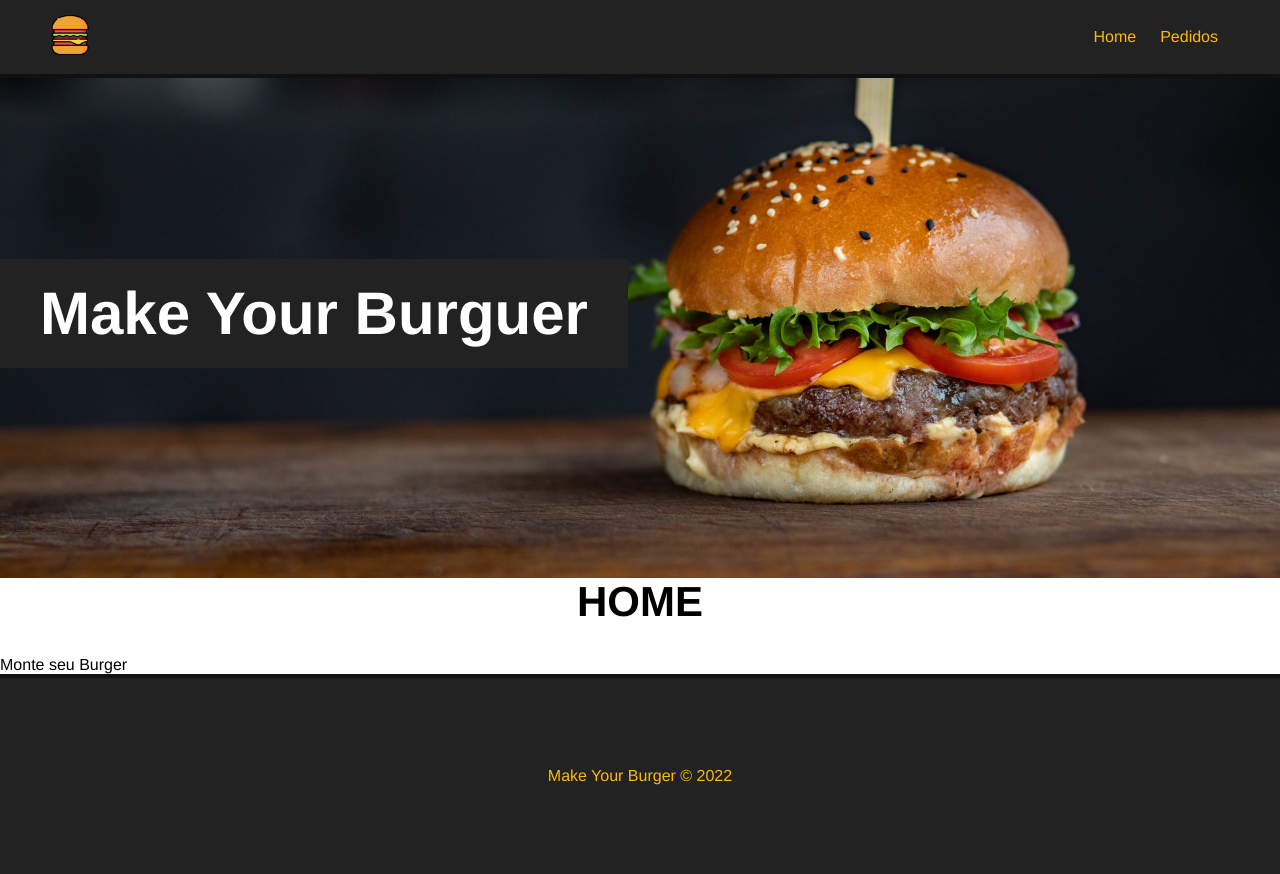
Repository: brunofa23/makeyourburguer
Page: /
These files come from the project's save history. The page is drawn as it stood at one moment and after the next save; the edit follows.
The browser window is 1280 px wide. The pictures show the whole page.
The project was rebuilt for these pictures with package versions that can differ from the ones it lists, and the page was loaded fresh each time. Also part of the build but not shown: vue.config.js.

Above is the page before, as saved 2022-08-09 19:39:37.

### src/App.vue
<template>
  <Navbar :logo="logo_src" :alt="app_name"/>
  <router-view/>
  <Footer />
</template>

<script>
import Navbar from './components/Navbar.vue';
import Footer from './components/Footer.vue';

export default{
  components:{ Navbar, Footer },
  data(){
    return{
      logo_src:"/img/logo.png",
      app_name:"Make Your Burguer"
    }

  }
}

</script>

<style>
*{
  font-family: Helvetica, sans-serif;
  padding: 0;
  margin: 0;
  box-sizing: border-box;
}


.main-container{
  margin:50px;
  min-height: 250px;
}

h1{
  text-align: center;
  font-size: 42px;
  margin-bottom: 30px;
}
</style>

### src/router/index.js
import { createRouter, createWebHistory } from 'vue-router'
import HomeView from '../views/HomeView.vue'

const routes = [
  {
    path: '/',
    name: 'home',
    component: HomeView
  },
  {
    path: '/pedidos',
    name: 'Pedidos',
    // route level code-splitting
    // this generates a separate chunk (about.[hash].js) for this route
    // which is lazy-loaded when the route is visited.
    component: () => import(/* webpackChunkName: "about" */ '../views/PedidosView.vue')
  }
]

const router = createRouter({
  history: createWebHistory(process.env.BASE_URL),
  routes
})

export default router

### src/components/Navbar.vue
<template>
  <div id="nav">
    <router-link to="/" id="logo-url">
        <img :src="logo" :alt="alt" id="logo" >
    </router-link>
    <router-link to="/">Home</router-link>
    <router-link to="/pedidos">Pedidos</router-link>
  </div>
</template>

<script>
export default {
    name:"Navbar",
    props:["logo", "alt"]
}
</script>




<style scoped>
#nav{
  background-color:#222 ;
  border-bottom: 4px solid #111;
  padding: 15px 50px;
  display: flex;
  justify-content: flex-end;
  align-items: center;


}

#nav #logo-url{
  margin: auto;
  margin-left: 0;


}

#logo{
  width: 40px;
  height: 40px;
}

#nav a{
  color: #FCBA03;
  text-decoration: none;
  margin: 12px;
  transition: .5s;

}
#nav a:hover{
  color:#FFF;
}

</style>

### src/components/Footer.vue
<template>
    <footer id="footer">
        <p>Make Your Burger &copy; 2022</p>

    </footer>
</template>


<script>
export default{
    name: "Footer"
}

</script>

<style scoped>
#footer{
    height: 200px;
    background-color: #222;
    border-top: 4px solid #111;
    color: #fcba03;
    display: flex;
    align-items: center;
    justify-content: center;
    width: 100%;
}
</style>

### src/views/HomeView.vue
<template>
  <div class="main-container">
    <Banner />
   <h1>HOME</h1>
   <p>Monte seu Burger</p>
  </div>
</template>

<script>
import Banner from "@/components/Banner.vue";

export default{
  name: "Home",
  components:{
    Banner
  }
}

</script>

<style>
.main-container{
  margin: 0;
}
</style>

### src/components/Banner.vue
<template>
  <div id="main-banner">
    <h1>Make Your Burguer</h1>
  </div>
</template>

<script>
export default {
  name: 'Banner',
}
</script>

<style scoped>
#main-banner{
    background-image: url('/public/img/burger.jpg');
    background-position: 0 -250px;
    background-size: cover;
    height: 500px;
    display: flex;
    align-items: center;
    justify-content: flex-start;

}

#main-banner h1{
    color: #FFF;
    text-align: center;
    font-size: 60px;
    background-color: #222;
    padding: 20px 40px;

}


</style>
>

Loaded but not shown: public/index.html (common file); src/main.js (common file)

After the next save:
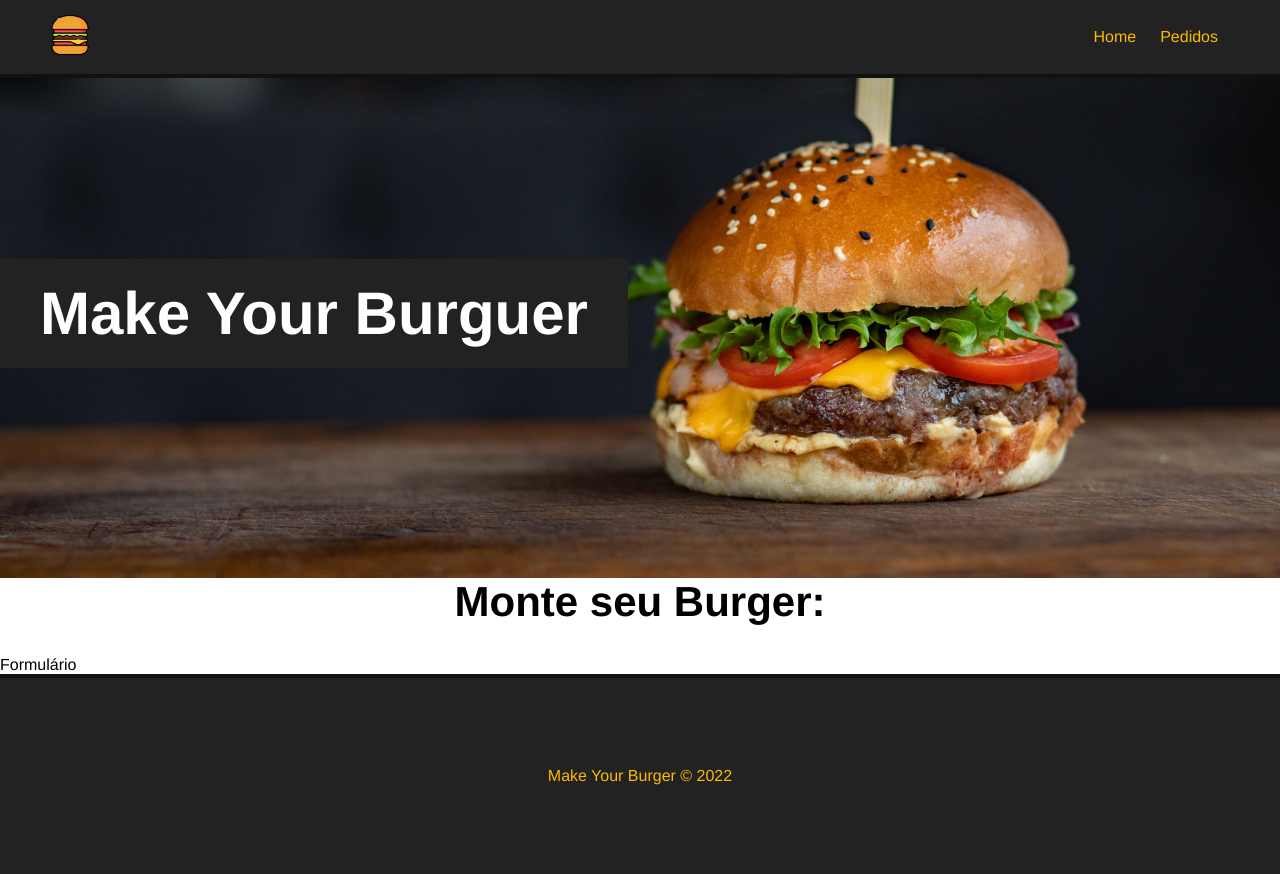
Saved 47 s later.
--- a/src/views/HomeView.vue
+++ b/src/views/HomeView.vue
@@ -1,8 +1,8 @@
 <template>
   <div class="main-container">
     <Banner />
-   <h1>HOME</h1>
-   <p>Monte seu Burger</p>
+   <h1>Monte seu Burger:</h1>
+   <p>Formulário</p>
   </div>
 </template>
 
